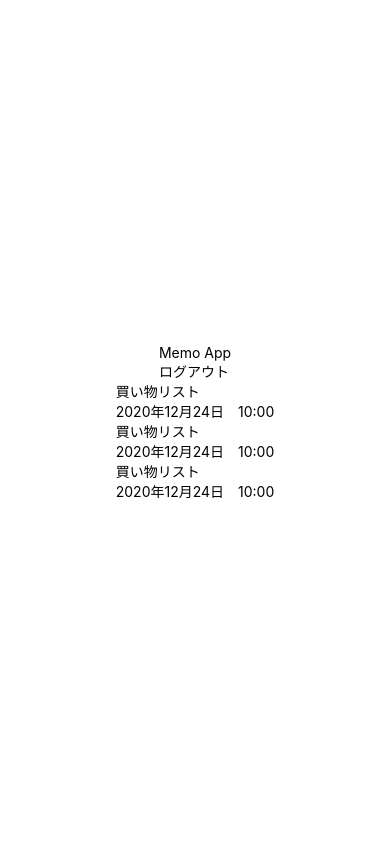
Repository: hirano-step/MemoApp
Screen: /
The author's editor kept a copy of each file at every save. The screen is drawn from the files as they stood at one save, then again after the next save.
The app was drawn by React Native's web renderer in a window 390 px wide. The project was rebuilt for these pictures with package versions that can differ from the ones it lists, and the page was loaded fresh each time.

Above is the screen before, as saved 2023-01-12 10:58:37.

### App.jsx
import { StyleSheet, Text, View } from 'react-native';

export default function App() {
  return (
    <View style={styles.container}>
      <View>
        <View>
          <Text>Memo App</Text>
          <Text>ログアウト</Text>
        </View>
      </View>

      <View>
        <View>
          <View>
            <Text>買い物リスト</Text>
            <Text>2020年12月24日　10:00</Text>
          </View>
        </View>

        <View>
          <View>
            <Text>買い物リスト</Text>
            <Text>2020年12月24日　10:00</Text>
          </View>
        </View>

        <View>
          <View>
            <Text>買い物リスト</Text>
            <Text>2020年12月24日　10:00</Text>
          </View>
        </View>
      </View>

    </View>
  );
}

const styles = StyleSheet.create({
  container: {
    flex: 1,
    backgroundColor: '#fff',
    alignItems: 'center',
    justifyContent: 'center',
  },
});

After the next save:
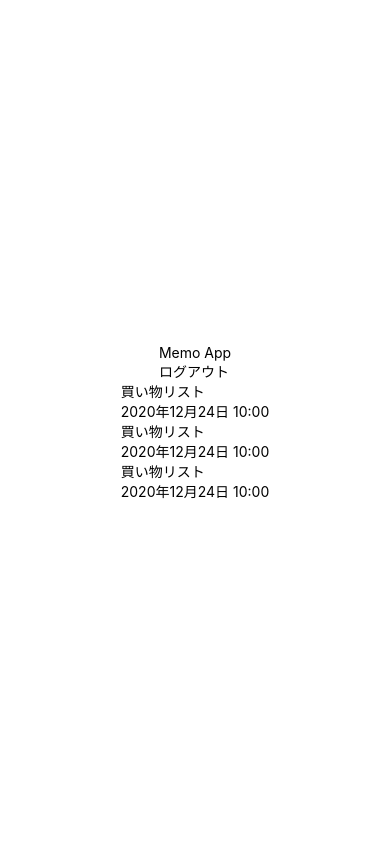
Saved 23 s later.
--- a/App.jsx
+++ b/App.jsx
@@ -14,21 +14,21 @@ export default function App() {
         <View>
           <View>
             <Text>買い物リスト</Text>
-            <Text>2020年12月24日　10:00</Text>
+            <Text>2020年12月24日 10:00</Text>
           </View>
         </View>
 
         <View>
           <View>
             <Text>買い物リスト</Text>
-            <Text>2020年12月24日　10:00</Text>
+            <Text>2020年12月24日 10:00</Text>
           </View>
         </View>
 
         <View>
           <View>
             <Text>買い物リスト</Text>
-            <Text>2020年12月24日　10:00</Text>
+            <Text>2020年12月24日 10:00</Text>
           </View>
         </View>
       </View>
